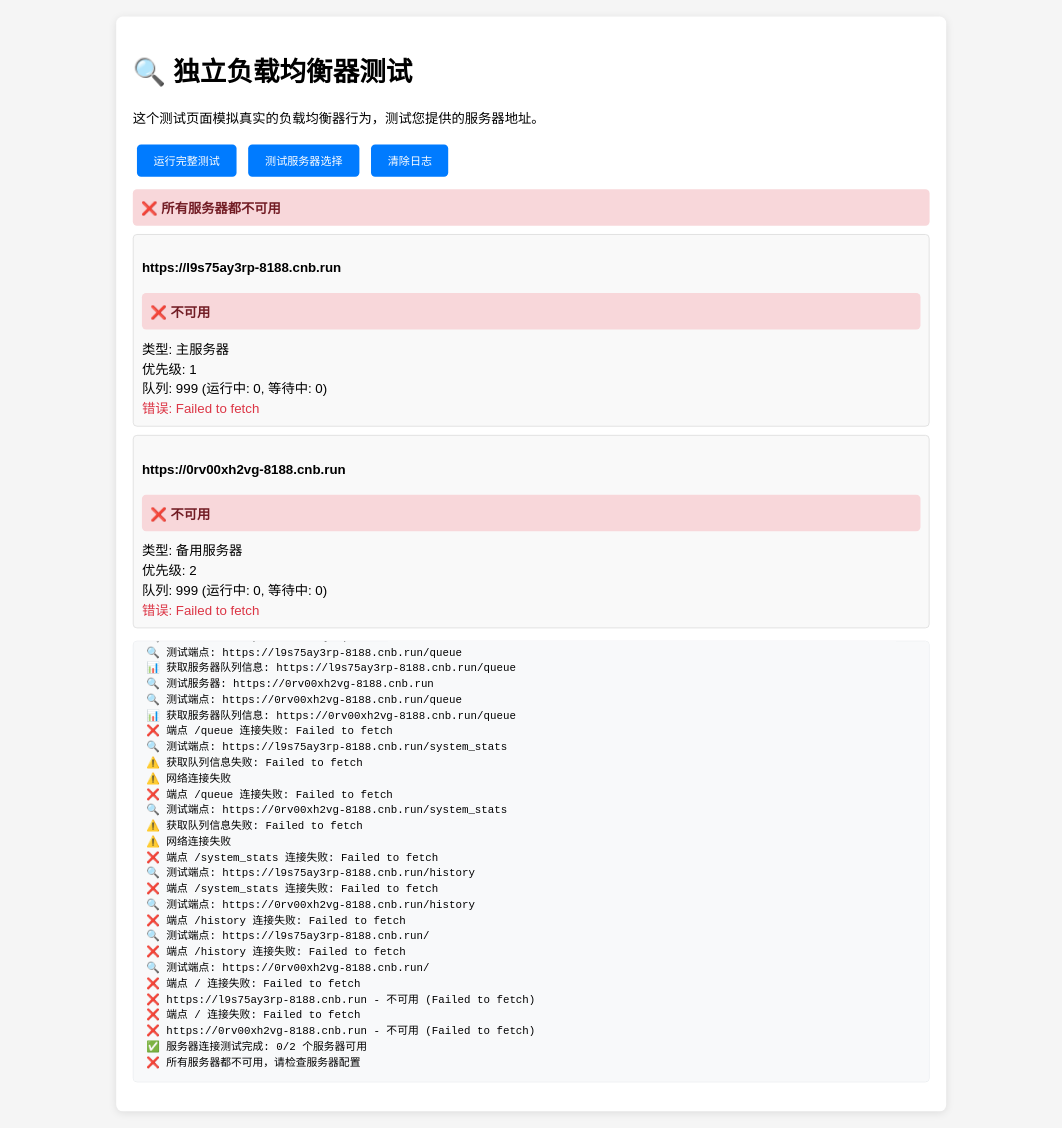
Repository: fooldychi/undress
Page: standalone-test.html
The author's editor kept a copy of each file at every save. The page is drawn from the files as they stood at one save, then again after the next save.
The browser window is 1280 px wide. The pictures show the whole page, at 83% of full size.
The page's requests for data from a server got no answer. An inner scrolling area shows only its first screen.

Above is the page before, as saved 2025-07-14 18:02:11.

### standalone-test.html
<!DOCTYPE html>
<html lang="zh-CN">
<head>
    <meta charset="UTF-8">
    <meta name="viewport" content="width=device-width, initial-scale=1.0">
    <title>独立负载均衡器测试</title>
    <style>
        body {
            font-family: Arial, sans-serif;
            max-width: 1000px;
            margin: 0 auto;
            padding: 20px;
            background-color: #f5f5f5;
        }
        .container {
            background: white;
            padding: 20px;
            border-radius: 8px;
            box-shadow: 0 2px 10px rgba(0,0,0,0.1);
        }
        .log {
            background: #f8f9fa;
            border: 1px solid #e9ecef;
            padding: 15px;
            margin: 15px 0;
            border-radius: 5px;
            font-family: monospace;
            font-size: 13px;
            max-height: 500px;
            overflow-y: auto;
            white-space: pre-wrap;
        }
        button {
            background: #007bff;
            color: white;
            border: none;
            padding: 10px 20px;
            border-radius: 5px;
            cursor: pointer;
            margin: 5px;
        }
        button:hover {
            background: #0056b3;
        }
        .status {
            padding: 10px;
            margin: 10px 0;
            border-radius: 5px;
            font-weight: bold;
        }
        .success { background: #d4edda; color: #155724; }
        .error { background: #f8d7da; color: #721c24; }
        .warning { background: #fff3cd; color: #856404; }
        .server-result {
            margin: 10px 0;
            padding: 10px;
            border: 1px solid #ddd;
            border-radius: 5px;
            background: #f9f9f9;
        }
    </style>
</head>
<body>
    <div class="container">
        <h1>🔍 独立负载均衡器测试</h1>
        <p>这个测试页面模拟真实的负载均衡器行为，测试您提供的服务器地址。</p>

        <div>
            <button onclick="runFullTest()">运行完整测试</button>
            <button onclick="testServerSelection()">测试服务器选择</button>
            <button onclick="clearLog()">清除日志</button>
        </div>

        <div id="status"></div>
        <div id="results"></div>
        <div class="log" id="log"></div>
    </div>

    <script>
        // 模拟配置
        const mockConfig = {
            'comfyui.server_url': 'https://l9s75ay3rp-8188.cnb.run',
            'comfyui.backup_servers': 'https://0rv00xh2vg-8188.cnb.run'
        };

        let logElement = document.getElementById('log');
        let statusElement = document.getElementById('status');
        let resultsElement = document.getElementById('results');

        // 重写console.log来显示在页面上
        const originalLog = console.log;
        console.log = function(...args) {
            originalLog.apply(console, args);
            const message = args.join(' ');
            logElement.textContent += message + '\n';
            logElement.scrollTop = logElement.scrollHeight;
        };

        function clearLog() {
            logElement.textContent = '';
            resultsElement.innerHTML = '';
            statusElement.innerHTML = '';
        }

        function setStatus(message, type = 'info') {
            statusElement.innerHTML = `<div class="status ${type}">${message}</div>`;
        }

        // 模拟负载均衡器类
        class StandaloneLoadBalancer {
            constructor() {
                this.healthCheckTimeout = 10000;
                this.queueCheckTimeout = 5000;
            }

            async getLatestServerList() {
                const servers = [];

                // 主服务器
                if (mockConfig['comfyui.server_url']) {
                    servers.push({
                        url: mockConfig['comfyui.server_url'],
                        type: 'primary',
                        priority: 1
                    });
                }

                // 备用服务器
                if (mockConfig['comfyui.backup_servers']) {
                    const backupServers = mockConfig['comfyui.backup_servers']
                        .replace(/\s*,\s*/g, '\n')
                        .split('\n')
                        .map(url => url.trim())
                        .filter(url => url && url.startsWith('http'));

                    backupServers.forEach((url, index) => {
                        servers.push({
                            url,
                            type: 'backup',
                            priority: index + 2
                        });
                    });
                }

                return servers;
            }

            async checkServerHealth(serverUrl) {
                const testEndpoints = ['/queue', '/system_stats', '/history', '/'];
                let lastError = null;
                const startTime = Date.now();

                for (const endpoint of testEndpoints) {
                    try {
                        const controller = new AbortController();
                        const timeoutId = setTimeout(() => controller.abort(), this.healthCheckTimeout);

                        console.log(`🔍 测试端点: ${serverUrl}${endpoint}`);

                        const response = await fetch(`${serverUrl}${endpoint}`, {
                            method: 'GET',
                            signal: controller.signal,
                            headers: {
                                'Cache-Control': 'no-cache',
                                'Accept': 'application/json, text/plain, */*'
                            }
                        });

                        clearTimeout(timeoutId);
                        const endTime = Date.now();

                        if (response.ok) {
                            console.log(`✅ 端点 ${endpoint} 响应成功 (${response.status})`);
                            return {
                                healthy: true,
                                responseTime: endTime - startTime,
                                status: response.status,
                                endpoint: endpoint
                            };
                        } else {
                            console.log(`⚠️ 端点 ${endpoint} 响应失败 (${response.status})`);
                            lastError = `HTTP ${response.status}`;
                        }
                    } catch (error) {
                        console.log(`❌ 端点 ${endpoint} 连接失败: ${error.message}`);
                        lastError = error.message;
                        continue;
                    }
                }

                const endTime = Date.now();
                return {
                    healthy: false,
                    responseTime: endTime - startTime,
                    error: lastError || '所有端点都无法访问'
                };
            }

            async getServerQueueInfo(serverUrl) {
                try {
                    const controller = new AbortController();
                    const timeoutId = setTimeout(() => controller.abort(), this.queueCheckTimeout);

                    console.log(`📊 获取服务器队列信息: ${serverUrl}/queue`);

                    const response = await fetch(`${serverUrl}/api/queue`, {
                        method: 'GET',
                        signal: controller.signal,
                        headers: {
                            'Accept': '*/*',
                            'Cache-Control': 'max-age=0',
                            'User-Agent': 'Mozilla/5.0 (Windows NT 10.0; Win64; x64) AppleWebKit/537.36 (KHTML, like Gecko) Chrome/138.0.0.0 Safari/537.36',
                            'comfy-user': 'standalone-test-client'
                        }
                    });

                    clearTimeout(timeoutId);

                    if (response.ok) {
                        try {
                            const responseText = await response.text();
                            console.log(`📊 队列API原始响应: ${responseText.substring(0, 200)}...`);

                            const queueData = JSON.parse(responseText);
                            console.log(`📊 队列数据结构:`, Object.keys(queueData));

                            // 尝试多种可能的数据格式
                            let running = 0;
                            let pending = 0;

                            // 标准 ComfyUI 格式
                            if (queueData.queue_running !== undefined && queueData.queue_pending !== undefined) {
                                running = Array.isArray(queueData.queue_running) ? queueData.queue_running.length :
                                         (typeof queueData.queue_running === 'number' ? queueData.queue_running : 0);
                                pending = Array.isArray(queueData.queue_pending) ? queueData.queue_pending.length :
                                         (typeof queueData.queue_pending === 'number' ? queueData.queue_pending : 0);
                            }
                            // 其他可能的格式
                            else if (queueData.running !== undefined && queueData.pending !== undefined) {
                                running = typeof queueData.running === 'number' ? queueData.running : 0;
                                pending = typeof queueData.pending === 'number' ? queueData.pending : 0;
                            }
                            // 如果有 exec_info
                            else if (queueData.exec_info) {
                                running = queueData.exec_info.queue_remaining || 0;
                                pending = 0;
                            }
                            // 简单的数字格式
                            else if (typeof queueData === 'number') {
                                running = 0;
                                pending = queueData;
                            }
                            // 如果有 queue 字段
                            else if (queueData.queue) {
                                if (Array.isArray(queueData.queue)) {
                                    pending = queueData.queue.length;
                                    running = 0;
                                } else if (typeof queueData.queue === 'number') {
                                    pending = queueData.queue;
                                    running = 0;
                                }
                            }

                            const total = running + pending;
                            console.log(`📊 队列统计 - 运行中: ${running}, 等待中: ${pending}, 总计: ${total}`);

                            return {
                                running,
                                pending,
                                total,
                                healthy: true,
                                rawData: queueData
                            };
                        } catch (parseError) {
                            console.log(`⚠️ 解析队列数据失败: ${parseError.message}`);
                            console.log(`⚠️ 原始响应: ${responseText.substring(0, 100)}...`);

                            // 即使解析失败，也认为服务器是健康的
                            return {
                                running: 0,
                                pending: 0,
                                total: 1,
                                healthy: true,
                                isEstimate: true,
                                parseError: parseError.message
                            };
                        }
                    } else {
                        console.log(`⚠️ 队列API返回状态码: ${response.status} ${response.statusText}`);

                        // 尝试读取错误响应
                        try {
                            const errorText = await response.text();
                            console.log(`⚠️ 错误响应: ${errorText.substring(0, 100)}...`);
                        } catch (e) {
                            console.log(`⚠️ 无法读取错误响应`);
                        }

                        return {
                            running: 0,
                            pending: 0,
                            total: 1,
                            healthy: true,
                            isEstimate: true,
                            httpError: response.status
                        };
                    }
                } catch (error) {
                    console.log(`⚠️ 获取队列信息失败: ${error.message}`);

                    // 区分不同类型的错误
                    if (error.name === 'AbortError') {
                        console.log(`⚠️ 队列请求超时`);
                    } else if (error.message.includes('CORS')) {
                        console.log(`⚠️ CORS错误，可能需要服务器配置跨域`);
                    } else if (error.message.includes('Failed to fetch')) {
                        console.log(`⚠️ 网络连接失败`);
                    }

                    return {
                        running: 0,
                        pending: 0,
                        total: 999,
                        healthy: false,
                        error: error.message
                    };
                }
            }

            async initializeServerConnection() {
                try {
                    console.log('🚀 正在初始化 ComfyUI 服务器连接...');

                    const servers = await this.getLatestServerList();

                    if (servers.length === 0) {
                        console.log('⚠️ 未找到任何配置的服务器');
                        return null;
                    }

                    console.log(`📋 发现 ${servers.length} 个配置的服务器，开始连接测试...`);
                    servers.forEach((server, index) => {
                        console.log(`   ${index + 1}. ${server.url} (${server.type}, 优先级: ${server.priority})`);
                    });

                    const serverChecks = servers.map(async (server) => {
                        console.log(`🔍 测试服务器: ${server.url}`);

                        try {
                            const [healthResult, queueResult] = await Promise.allSettled([
                                this.checkServerHealth(server.url),
                                this.getServerQueueInfo(server.url)
                            ]);

                            const health = healthResult.status === 'fulfilled' ? healthResult.value : { healthy: false };
                            const queue = queueResult.status === 'fulfilled' ? queueResult.value : { total: 999, healthy: false };

                            const isHealthy = health.healthy || (health.responseTime > 0 && health.responseTime < 30000);

                            // 输出每个服务器的测试结果
                            if (isHealthy) {
                                console.log(`✅ ${server.url} - 健康 (响应时间: ${health.responseTime}ms, 队列: ${queue.total || 0})`);
                            } else {
                                console.log(`❌ ${server.url} - 不可用 (${health.error || '连接失败'})`);
                            }

                            return {
                                ...server,
                                healthy: isHealthy,
                                queue: queue,
                                responseTime: health.responseTime || 0,
                                error: health.error,
                                healthCheckEndpoint: health.endpoint
                            };
                        } catch (error) {
                            return {
                                ...server,
                                healthy: false,
                                queue: { total: 999, healthy: false },
                                responseTime: 0,
                                error: error.message
                            };
                        }
                    });

                    const serverResults = await Promise.all(serverChecks);

                    const healthyServers = serverResults.filter(s => s.healthy);
                    console.log(`✅ 服务器连接测试完成: ${healthyServers.length}/${serverResults.length} 个服务器可用`);

                    // 显示详细结果
                    this.displayResults(serverResults);

                    if (healthyServers.length > 0) {
                        const bestServer = healthyServers.sort((a, b) => {
                            const queueDiff = (a.queue.total || 0) - (b.queue.total || 0);
                            if (queueDiff !== 0) return queueDiff;
                            return a.priority - b.priority;
                        })[0];

                        console.log(`🎯 推荐服务器: ${bestServer.url}`);
                        console.log(`   队列状态: ${bestServer.queue.total || 0} 个任务 (运行中: ${bestServer.queue.running || 0}, 等待中: ${bestServer.queue.pending || 0})`);
                        console.log(`   响应时间: ${bestServer.responseTime}ms`);

                        setStatus(`✅ 测试完成，推荐使用: ${bestServer.url}`, 'success');
                        return bestServer.url;
                    } else {
                        console.log('❌ 所有服务器都不可用，请检查服务器配置');
                        setStatus('❌ 所有服务器都不可用', 'error');
                        return null;
                    }

                } catch (error) {
                    console.log(`❌ 服务器初始化失败: ${error.message}`);
                    setStatus('❌ 服务器初始化失败', 'error');
                    return null;
                }
            }

            displayResults(serverResults) {
                resultsElement.innerHTML = '';

                serverResults.forEach(server => {
                    const div = document.createElement('div');
                    div.className = 'server-result';

                    const status = server.healthy ? '✅ 可用' : '❌ 不可用';
                    const statusClass = server.healthy ? 'success' : 'error';

                    div.innerHTML = `
                        <h4>${server.url}</h4>
                        <div class="status ${statusClass}">${status}</div>
                        <div>类型: ${server.type === 'primary' ? '主服务器' : '备用服务器'}</div>
                        <div>优先级: ${server.priority}</div>
                        ${server.responseTime > 0 ? `<div>响应时间: ${server.responseTime}ms</div>` : ''}
                        ${server.queue ? `<div>队列: ${server.queue.total || 0} (运行中: ${server.queue.running || 0}, 等待中: ${server.queue.pending || 0})</div>` : ''}
                        ${server.queue && server.queue.isEstimate ? `<div style="color: #856404;">⚠️ 队列信息为估算值</div>` : ''}
                        ${server.queue && server.queue.parseError ? `<div style="color: #856404;">⚠️ 队列数据解析失败: ${server.queue.parseError}</div>` : ''}
                        ${server.queue && server.queue.httpError ? `<div style="color: #856404;">⚠️ 队列API HTTP错误: ${server.queue.httpError}</div>` : ''}
                        ${server.healthCheckEndpoint ? `<div>可用端点: ${server.healthCheckEndpoint}</div>` : ''}
                        ${server.error ? `<div style="color: #dc3545;">错误: ${server.error}</div>` : ''}
                        ${server.queue && server.queue.rawData ? `<details><summary>原始队列数据</summary><pre style="font-size: 11px; max-height: 100px; overflow-y: auto;">${JSON.stringify(server.queue.rawData, null, 2)}</pre></details>` : ''}
                    `;

                    resultsElement.appendChild(div);
                });
            }
        }

        const loadBalancer = new StandaloneLoadBalancer();

        window.runFullTest = async function() {
            clearLog();
            setStatus('正在运行完整测试...', 'warning');

            try {
                await loadBalancer.initializeServerConnection();
            } catch (error) {
                console.log(`❌ 测试失败: ${error.message}`);
                setStatus('❌ 测试失败', 'error');
            }
        };

        window.testServerSelection = async function() {
            clearLog();
            setStatus('正在测试服务器选择...', 'warning');

            try {
                const servers = await loadBalancer.getLatestServerList();
                console.log(`📋 配置的服务器列表:`);
                servers.forEach((server, index) => {
                    console.log(`   ${index + 1}. ${server.url} (${server.type}, 优先级: ${server.priority})`);
                });

                setStatus('✅ 服务器列表获取成功', 'success');
            } catch (error) {
                console.log(`❌ 获取服务器列表失败: ${error.message}`);
                setStatus('❌ 获取服务器列表失败', 'error');
            }
        };

        window.clearLog = clearLog;

        // 页面加载时自动测试
        window.addEventListener('load', () => {
            console.log('📋 页面加载完成，开始自动测试...');
            setTimeout(() => {
                runFullTest();
            }, 1000);
        });
    </script>
</body>
</html>

After the next save:
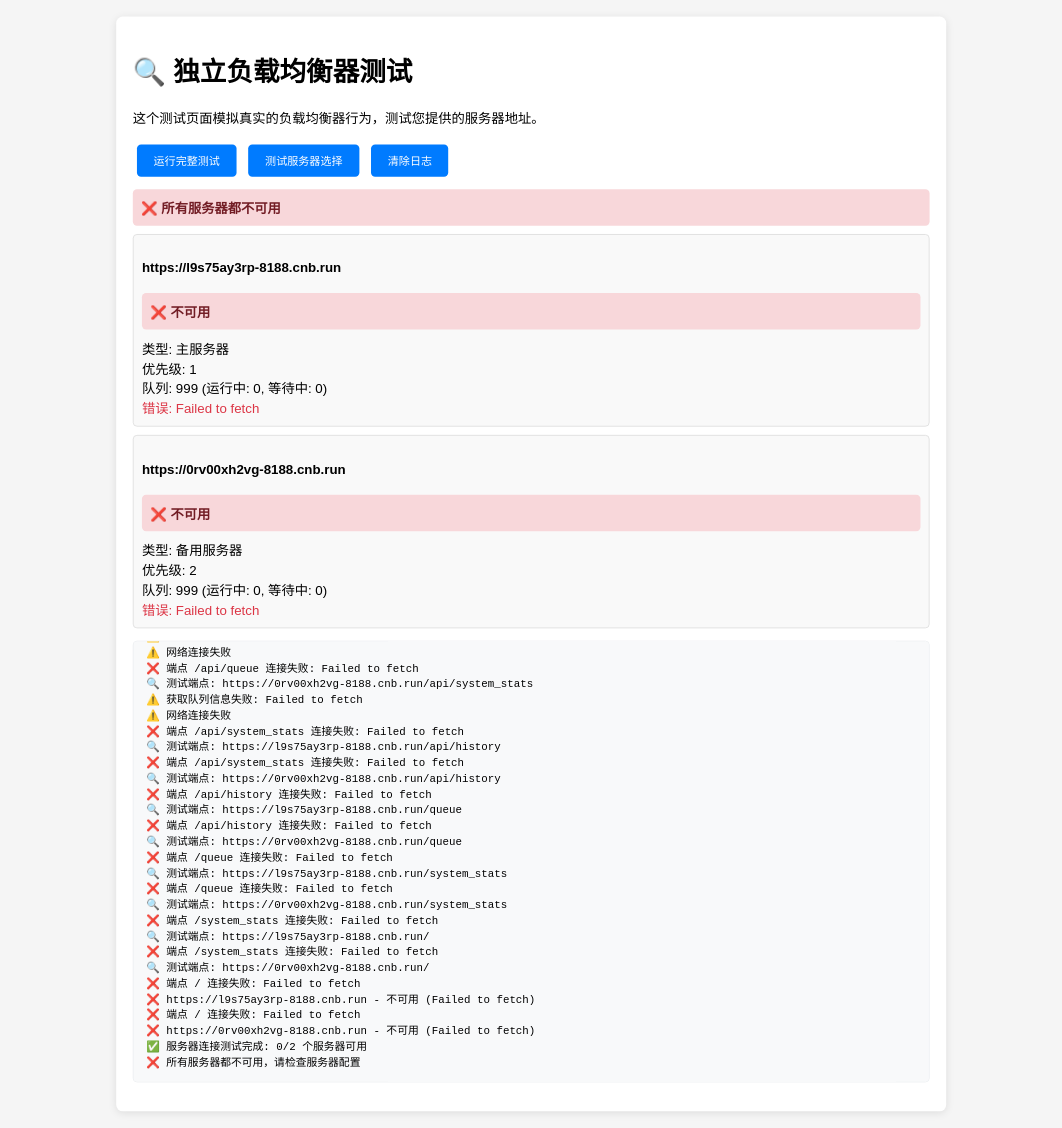
Saved 18 s later.
--- a/standalone-test.html
+++ b/standalone-test.html
@@ -146,7 +146,7 @@
             }
 
             async checkServerHealth(serverUrl) {
-                const testEndpoints = ['/queue', '/system_stats', '/history', '/'];
+                const testEndpoints = ['/api/queue', '/api/system_stats', '/api/history', '/queue', '/system_stats', '/'];
                 let lastError = null;
                 const startTime = Date.now();
 
@@ -161,8 +161,10 @@
                             method: 'GET',
                             signal: controller.signal,
                             headers: {
-                                'Cache-Control': 'no-cache',
-                                'Accept': 'application/json, text/plain, */*'
+                                'Accept': '*/*',
+                                'Cache-Control': 'max-age=0',
+                                'User-Agent': 'Mozilla/5.0 (Windows NT 10.0; Win64; x64) AppleWebKit/537.36 (KHTML, like Gecko) Chrome/138.0.0.0 Safari/537.36',
+                                'comfy-user': 'health-check-client'
                             }
                         });
 
